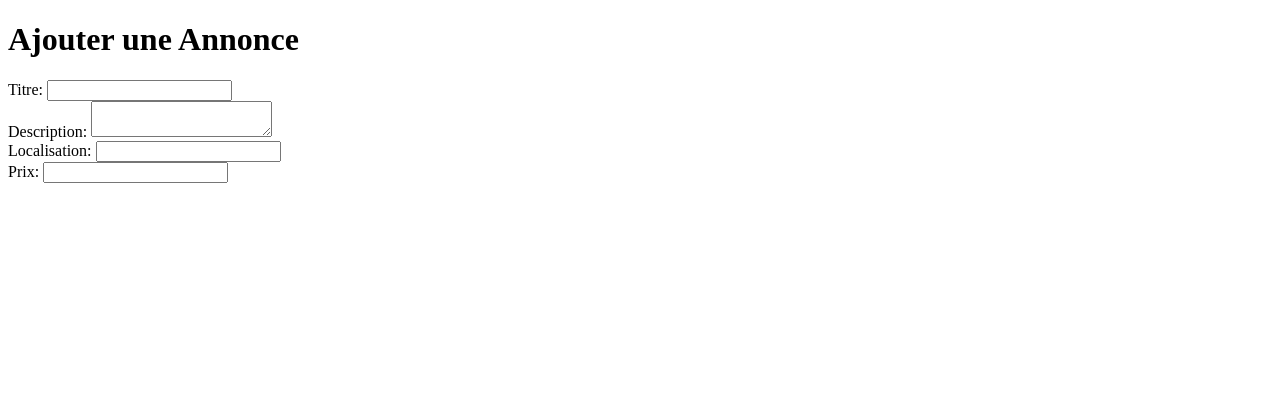
Repository: safa39652/immobili-re
Page: demo/src/main/resources/templates/admin/ajouter_annonce.html
The author's editor kept a copy of each file at every save. The page is drawn from the files as they stood at one save, then again after a run of saves.
The browser window is 1280 px wide. The pictures show the whole page.

Above is the page before, as saved 2024-10-19 21:54:44.

After the next 2 saves:
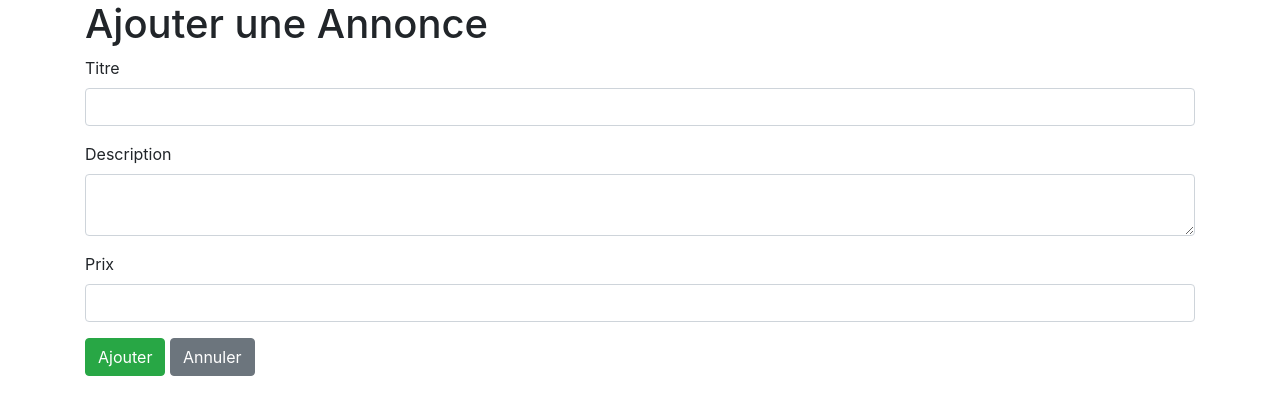
The 2 saves are shown as one change because they came seconds apart.
The last was saved 14 s later.
--- a/demo/src/main/resources/templates/admin/ajouter_annonce.html
+++ b/demo/src/main/resources/templates/admin/ajouter_annonce.html
@@ -1,16 +1,29 @@
 <!DOCTYPE html>
 <html xmlns:th="http://www.thymeleaf.org">
 <head>
-    <title>Ajouter une Annonce</title>
+    <meta charset="UTF-8">
+    <title>Ajouter Annonce</title>
+    <link rel="stylesheet" href="https://stackpath.bootstrapcdn.com/bootstrap/4.5.2/css/bootstrap.min.css">
 </head>
 <body>
-    <h1>Ajouter une Annonce</h1>
-    <form action="#" th:action="@{/admin/annonces/ajouter}" th:object="${annonce}" method="post">
-        <label>Titre:</label>
-        <input type="text" th:field="*{titre}" required /><br/>
-        <label>Description:</label>
-        <textarea th:field="*{description}" required></textarea><br/>
-        <label>Localisation:</label>
-        <input type="text" th:field="*{localisation}" required /><br/>
-        <label>Prix:</label>
-        <input type="number" th:field="*{prix}" required /><br/>
+    <div class="container">
+        <h1>Ajouter une Annonce</h1>
+        <form th:action="@{/admin/annonces/ajouter}" th:object="${annonce}" method="post">
+            <div class="form-group">
+                <label for="titre">Titre</label>
+                <input type="text" id="titre" class="form-control" th:field="*{titre}" required />
+            </div>
+            <div class="form-group">
+                <label for="description">Description</label>
+                <textarea id="description" class="form-control" th:field="*{description}" required></textarea>
+            </div>
+            <div class="form-group">
+                <label for="prix">Prix</label>
+                <input type="number" id="prix" class="form-control" th:field="*{prix}" required />
+            </div>
+            <button type="submit" class="btn btn-success">Ajouter</button>
+            <a href="/admin/annonces" class="btn btn-secondary">Annuler</a>
+        </form>
+    </div>
+</body>
+</html>
